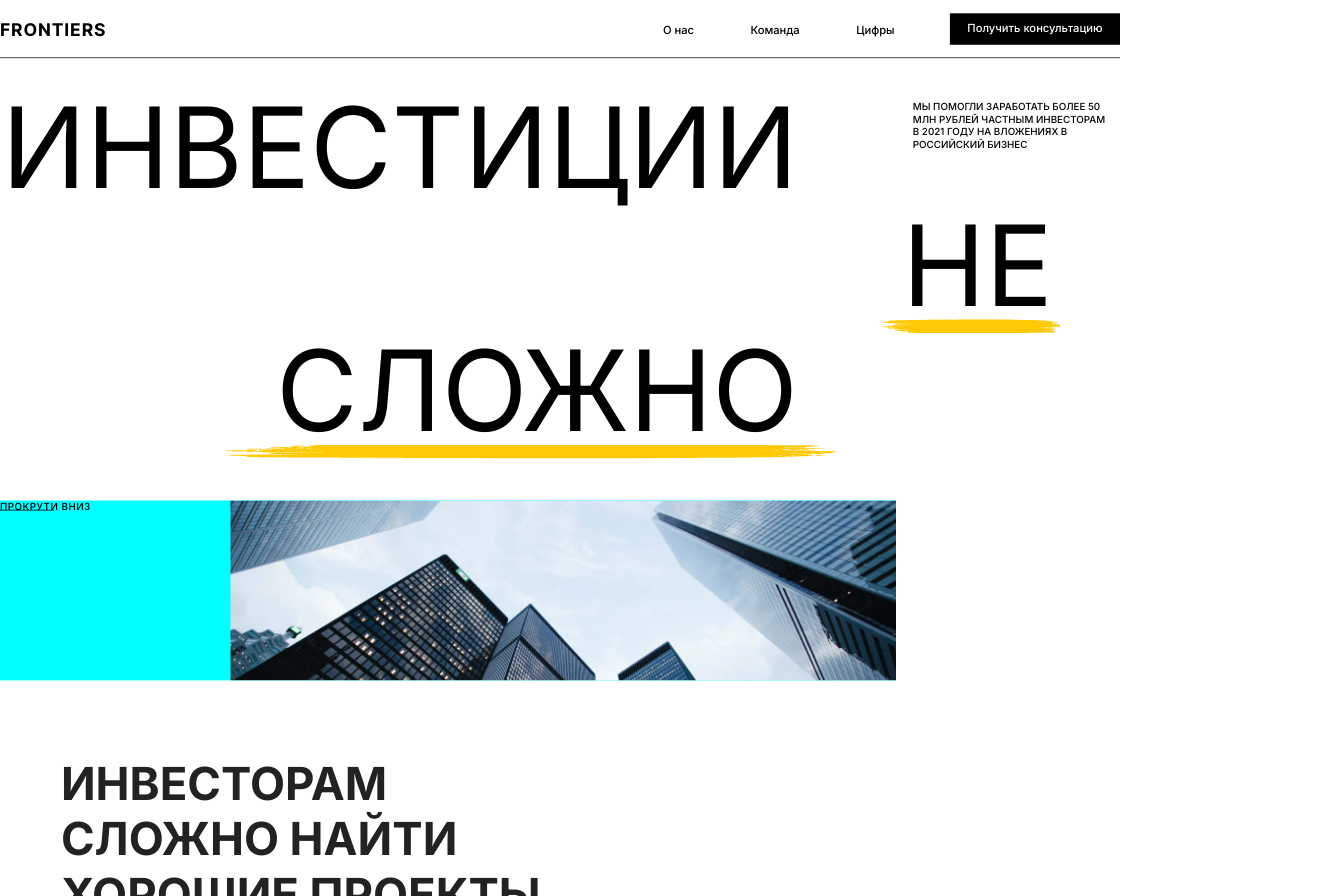
Repository: NadyaKorvin/frontiers
Page: /
These files come from the project's save history. The page is drawn as it stood at one moment and after the next save; the edit follows.
The browser window is 1280 px wide. The page is 1920 px wide, so the pictures cover 1920 px, including what lies to the right of the window. The pictures show the part of the page from y = 0 to 1280 px (the page is 2633 px tall), at 70% of full size.
The project was rebuilt for these pictures with package versions that can differ from the ones it lists, and the page was loaded fresh each time.

Above is the page before, as saved 2022-05-26 18:26:07.

### public/index.html
<!DOCTYPE html>
<html lang="en">
  <head>
    <meta charset="utf-8" />
    <link rel="icon" href="%PUBLIC_URL%/favicon.ico" />
    <meta name="viewport" content="width=device-width, initial-scale=1" />
    <meta name="theme-color" content="#000000" />
    <meta name="description" content="Web site created using create-react-app" />
    <link rel="apple-touch-icon" href="%PUBLIC_URL%/logo192.png" />
    <link rel="manifest" href="%PUBLIC_URL%/manifest.json" />
    <link rel="preconnect" href="https://fonts.googleapis.com" />
    <link rel="preconnect" href="https://fonts.gstatic.com" crossorigin />
    <link href="https://fonts.googleapis.com/css2?family=Inter:wght@300;400;500;700&display=swap" rel="stylesheet" />
    <title>FRONTIERS</title>
  </head>
  <body>
    <noscript>You need to enable JavaScript to run this app.</noscript>
    <div id="root"></div>
  </body>
</html>

### src/index.js
import React from "react"
import ReactDOM from "react-dom/client"

import App from "./App"

const root = ReactDOM.createRoot(document.getElementById("root"))
root.render(
  <React.StrictMode>
    <App />
  </React.StrictMode>
)

### src/App.js
import { useState } from "react";
import "./App.css";
import { SecondScreenAnimation } from "./components/secondScreen/SecondScreenAnimation";
import FirstScreen from "./components/firstScreen/FirstScreen";
import LastScreen from "./components/lastScreen/LastScreen";

function App() {
  const [mousePosition, setMousePosition] = useState("");

  const listenUpperMousePosition = (event) => {
    console.log(event);
    console.log(event.target);
    setMousePosition(event.target);
  };

  return (
    <>
      <FirstScreen />
      <div className="App">
        <SecondScreenAnimation listenMousePosition={listenUpperMousePosition} />
      </div>
      <LastScreen />
    </>
  );
}
export default App;

### src/App.css
@import url("./reset.css");
@import url("./components/secondScreen/SecondScreen.css");
@import url("./font/font.css");
@import url("./components/firstScreen/FirstScreen.css");
@import url("./components/lastScreen/LastScreen.css");
@import url("./components/button/Button.css");
@import url("./components/form/Form.css");

body {
  font-family: "Inter";
}

### src/components/secondScreen/SecondScreenAnimation.js
export function SecondScreenAnimation({ listenMousePosition, mousePosition }) {
  let goUp = ""
  const goUpBlackLines = (mousePosition) => {
    if (mousePosition === "animation__text_first_part") {
      goUp = "up"
      return goUp
    }
  }
  goUpBlackLines(mousePosition)
  console.log(goUp)
  return (
    <div className="animation__text_block">
      {goUp != "up" ? (
        <div>
          <div className="animation__text" onMouseOver={listenMousePosition}>
            <p className="animation__text_first_part">Инвесторам сложно найти хорошие проекты,</p>
            <p className="animation__text_second_part">а хорошим проектам — инвестиции.</p>
          </div>
          <div className="animation__black_lines">
            <div className="animation__1th_black_line"></div>
            <div className="animation__2th_black_line"></div>
            <div className="animation__3th_black_line"></div>
          </div>
        </div>
      ) : (
        <div>
          <div className="animation__text" onMouseOver={listenMousePosition}>
            <p className="animation__text_first_part" style={{ color: "#fff" }}>
              Инвесторам сложно найти хорошие проекты,
            </p>
            <p className="animation__text_second_part" style={{ color: "#000" }}>
              а хорошим проектам — инвестиции.
            </p>
          </div>
          <div className="animation__black_lines">
            <div className="animation__1th_black_line" style={{ width: "484px", marginTop: "-475px" }}></div>
            <div className="animation__2th_black_line" style={{ width: "586px" }}></div>
            <div className="animation__3th_black_line" style={{ width: "722px" }}></div>
          </div>
        </div>
      )}
    </div>
  )
}

### src/components/firstScreen/FirstScreen.js
import React from "react";
import image from "./image.webp";

export default function firstScreen() {
  const pointer = (
    <svg
      width="8"
      height="101"
      viewBox="0 0 8 101"
      fill="none"
      xmlns="http://www.w3.org/2000/svg"
    >
      <path
        d="M4.35355 100.356C4.15829 100.551 3.84171 100.551 3.64645 100.356L0.464466 97.1735C0.269204 96.9783 0.269204 96.6617 0.464466 96.4664C0.659728 96.2712 0.976311 96.2712 1.17157 96.4664L4 99.2948L6.82843 96.4664C7.02369 96.2712 7.34027 96.2712 7.53553 96.4664C7.7308 96.6617 7.7308 96.9783 7.53553 97.1735L4.35355 100.356ZM3.5 100.002L3.5 0.00195312H4.5L4.5 100.002H3.5Z"
        fill="black"
      />
    </svg>
  );

  return (
    <>
      <section className="firstscreen">
        <header className="firstscreen__header">
          <div className="firstscreen__logotype">FRONTIERS</div>
          <div className="firstscreen__menu">
            <div className="firstscreen__nav">
              <nav className="firstscreen__nav_team">
                <ul>О нас</ul>
                <ul>Команда</ul>
                <ul>Цифры</ul>
              </nav>
            </div>
            <div className="firstscreen__button">
              <p className="firstscreen__text_btn">Получить консультацию</p>
            </div>
          </div>
        </header>
        <div className="firstscreen__content">
          <div className="firstscreen__content_left_text">
            <p>ИНВЕСТИЦИИ</p>
            <div>
              <p>СЛОЖНО</p>
              <div className="firstscreen__content_vector_complex" />
            </div>
          </div>
          <div className="firstscreen__content_rihgt_text">
            <div className="firstscreen__content_rihgt_text_up">
              <p>
                Мы помогли заработать более 50 млн рублей частным инвесторам в
                2021 году на вложениях в российский бизнес
              </p>
            </div>
            <div className="firstscreen__content_rihgt_text_down">
              <p>НЕ</p>
              <div className="firstscreen__content_vector_not" />
            </div>
          </div>
        </div>
        <div className="firstscreen__content_bottom_content">
          <div className="firstscreen__content_bottom_content_left">
            <div className="firstscreen__content_bottom_content_left_scrolldown">
              <p>ПРОКРУТИ ВНИЗ</p>
            </div>
            <div className="firstscreen__content_pointer">{pointer}</div>
          </div>
          <div className="firstscreen__content_bottom_content_right">
            <img src={image} alt="" className="firstscreen__img" />
          </div>
        </div>
      </section>
    </>
  );
}

### src/components/lastScreen/LastScreen.js
import React from "react";
import Form from "../form/Form"
import LogoKojo from "./LogoKojo"

export default function LastScreen() {
  return (
    <>
      <section className="lastscreen">
        <div className="lastscreen__wrapper">
          <div className="lastscreen__left_content">
            <p>
              ОТПРАВЬТЕ НАМ ЗАЯВКУ НА КОНСУЛЬТАЦИЮ И МЫ ПОДБЕРЕМ ДЛЯ ВАС
              НАИБОЛЕЕ ПОДХОДЯЩУЮ СТРАТЕГИЮ
            </p>
          </div>
          <div className="lastscreen__right_content">
            <div className="lastscreen__text_form">
              <p>ЗАПОЛНИТЕ ФОРМУ И МЫ С ВАМИ СВЯЖЕМСЯ В БЛИЖАЙШЕЕ ВРЕМЯ</p>
            </div>
            <Form />
          </div>
        </div>
        <footer className="lastscreen__footer">
          <div className="lastscreen__contact">
            <p>КОНТАКТЫ</p>
            <p>Санкт-Петербург, Невский пр-кт, 71 (5 этаж)</p>
            <p>+7 000 987 6543</p>
            <p><a href="mailto:info@frontiers.ru" >info@frontiers.ru</a></p>
          </div>
          <div className="lastscreen__design">
            <p>Дизайн и разработка</p>
            <LogoKojo />
          </div>
          <div className="lastscreen__frontiers">
            <p>FRONTIERS</p>
            <p>Политика конфиденциальности</p>
            <p>© 2022 Frontiers Group</p>
          </div>
        </footer>
      </section>
    </>
  );
}

### src/reset.css
html,
body,
div,
span,
applet,
object,
iframe,
h1,
h2,
h3,
h4,
h5,
h6,
p,
blockquote,
pre,
a,
abbr,
acronym,
address,
big,
cite,
code,
del,
dfn,
em,
img,
ins,
kbd,
q,
s,
samp,
small,
strike,
strong,
sub,
sup,
tt,
var,
b,
u,
i,
center,
dl,
dt,
dd,
ol,
ul,
li,
fieldset,
form,
label,
legend,
table,
caption,
tbody,
tfoot,
thead,
tr,
th,
td,
article,
aside,
canvas,
details,
embed,
figure,
figcaption,
footer,
header,
hgroup,
menu,
nav,
output,
ruby,
section,
summary,
time,
mark,
audio,
video {
  margin: 0;
  padding: 0;
  border: 0;
  font-size: 100%;
  font: inherit;
  vertical-align: baseline;
}

:focus {
  outline: 0;
}

article,
aside,
details,
figcaption,
figure,
footer,
header,
hgroup,
menu,
nav,
section {
  display: block;
}

body {
  line-height: 1;
}

ol,
ul {
  list-style: none;
}

blockquote,
q {
  quotes: none;
}

blockquote:before,
blockquote:after,
q:before,
q:after {
  content: "";
  content: none;
}

table {
  border-collapse: collapse;
  border-spacing: 0;
}

input[type="search"]::-webkit-search-cancel-button,
input[type="search"]::-webkit-search-decoration,
input[type="search"]::-webkit-search-results-button,
input[type="search"]::-webkit-search-results-decoration {
  -webkit-appearance: none;
  -moz-appearance: none;
}

input[type="search"] {
  -webkit-appearance: none;
  -moz-appearance: none;
  -webkit-box-sizing: content-box;
  -moz-box-sizing: content-box;
  box-sizing: content-box;
}

textarea {
  overflow: auto;
  vertical-align: top;
  resize: vertical;
}

[hidden] {
  display: none;
}

html {
  font-size: 100%; /* 1 */
  -webkit-text-size-adjust: 100%; /* 2 */
  -ms-text-size-adjust: 100%; /* 2 */
}

a:focus {
  outline: thin dotted;
}

a:active,
a:hover {
  outline: 0;
}

img {
  border: 0;
  -ms-interpolation-mode: bicubic;
}

figure {
  margin: 0;
}

form {
  margin: 0;
}

fieldset {
  border: 1px solid #c0c0c0;
  margin: 0 2px;
  padding: 0.35em 0.625em 0.75em;
}

legend {
  border: 0; /* 1 */
  padding: 0;
  white-space: normal; /* 2 */
  *margin-left: -7px; /* 3 */
}

button,
input,
select,
textarea {
  font-size: 100%; /* 1 */
  margin: 0; /* 2 */
  vertical-align: baseline; /* 3 */
  *vertical-align: middle; /* 3 */
}

button,
input {
  line-height: normal;
}

button,
select {
  text-transform: none;
}

button,
html input[type="button"], /* 1 */
input[type="reset"],
input[type="submit"] {
  -webkit-appearance: button; /* 2 */
  cursor: pointer; /* 3 */
  *overflow: visible; /* 4 */
}

button[disabled],
html input[disabled] {
  cursor: default;
}

input[type="checkbox"],
input[type="radio"] {
  box-sizing: border-box; /* 1 */
  padding: 0; /* 2 */
  *height: 13px; /* 3 */
  *width: 13px; /* 3 */
}

input[type="search"] {
  -webkit-appearance: textfield; /* 1 */
  -moz-box-sizing: content-box;
  -webkit-box-sizing: content-box; /* 2 */
  box-sizing: content-box;
}

input[type="search"]::-webkit-search-cancel-button,
input[type="search"]::-webkit-search-decoration {
  -webkit-appearance: none;
}

button::-moz-focus-inner,
input::-moz-focus-inner {
  border: 0;
  padding: 0;
}

textarea {
  overflow: auto; /* 1 */
  vertical-align: top; /* 2 */
}

table {
  border-collapse: collapse;
  border-spacing: 0;
}

html,
button,
input,
select,
textarea {
  color: #222;
}

::-moz-selection {
  background: #b3d4fc;
  text-shadow: none;
}

::selection {
  background: #b3d4fc;
  text-shadow: none;
}

img {
  vertical-align: middle;
}

fieldset {
  border: 0;
  margin: 0;
  padding: 0;
}

textarea {
  resize: vertical;
}

.chromeframe {
  margin: 0.2em 0;
  background: #ccc;
  color: #000;
  padding: 0.2em 0;
}

### src/components/secondScreen/SecondScreen.css
.second__screen {
  display: flex;
  justify-content: space-between;
  margin: 0 auto;
  margin-top: 174px;
  /* придкмать решение сделать по центру*/
  display: flex;
  width: 1600px;
  height: 733px;
}

.animation__text_block {
  display: block;
  margin-left: 87px;
}

.animation__text_first_part,
.animation__text_second_part {
  width: 770px;
  text-transform: uppercase;
  font-size: 65px;
  font-weight: 700;
  line-height: 79px;
  transition: 0.6s ease-out;
}

.animation__text_second_part {
  color: #fff;
}

.animation__black_lines {
  margin-left: -10px;
  margin-top: -236px;
}

.animation__1th_black_line {
  margin-bottom: 5px;
  height: 75px;
  width: 444px;
  background-color: #000;
  transition: 0.6s ease-out;
}

.animation__2th_black_line {
  margin-bottom: 5px;
  height: 75px;
  width: 475px;
  background-color: #000;
  transition: 0.6s ease-out;
}
.animation__3th_black_line {
  height: 75px;
  width: 502px;
  background-color: #000;
  transition: 0.6s ease-out;
}

.right__part {
  display: flex;
  margin-left: 190px;
  flex-direction: column;
}

.conversation__image {
  margin-right: 222px;
  display: block;
  width: 400px;
  height: 400px;
  background: url("../secondScreen/people.png");
}

.decoration_marks {
  margin-top: -110px;
  transform: rotate(-180deg);
  font-size: 200px;
  font-weight: 300;
}

.text_paragraph {
  margin-left: 90px;
  width: 431px;
  font-size: 18px;
  font-weight: 400;
  line-height: 23px;
  text-transform: uppercase;
  line-height: 130%;
}

### src/font/font.css
@font-face {
  font-family: "Inter";
  src:
    url("./Inter-Bold.ttf") format("truetype")
    url("./Inter-Bold.woff2") format("woff2"),
    url("./Inter-Bold.woff") format("woff");
  font-weight: 700;
  font-style: normal;
  font-stretch: normal;
  unicode-range: U+0020-E0D0;
}

@font-face {
  font-family: "Inter";
  src:
    url("./Inter-Regular.woff2") format("woff2"),
    url("./Inter-Regular.ttf") format("truetype")
    url("./Inter-Regular.woff") format("woff");
  font-weight: 400;
  font-style: normal;
  font-stretch: normal;
  unicode-range: U+0020-E0D0;
}

@font-face {
    font-family:'Inter Medium';
    src:
        url("./Inter-Medium.ttf") format("truetype")
        url('Inter-Medium.woff2') format('woff2'),
		url('Inter-Medium.woff') format('woff');
    font-weight: 500;
    font-style: normal;
    font-stretch: normal;
    unicode-range: U+0020-E0D0;
}

@font-face {
    font-family:'Inter Light';
    src:
        url("./Inter-Light.ttf") format("truetype")
        url('Inter-Light.woff2') format('woff2'),
		url('Inter-Light.woff') format('woff');
    font-weight: 300;
    font-style: normal;
    font-stretch: normal;
    unicode-range: U+0020-E0D0;
}

### src/components/firstScreen/FirstScreen.css
.firstscreen {
  height: 1080px;
}

.firstscreen__header {
  width: 1600px;
  height: 82px;
  margin: 0 auto;
  border-bottom: 1px solid #000000;
  display: flex;
  justify-content: space-between;
}

.firstscreen__logotype {
  width: 151px;
  height: 30px;
  padding-top: 27px;
  font-family: "Inter";
  font-style: normal;
  font-weight: 700;
  font-size: 25px;
  line-height: 30px;
  letter-spacing: 0.05em;
  color: #000000;
}

.firstscreen__menu {
  width: 653px;
  display: flex;
  justify-content: space-between;
}

.firstscreen__nav {
  margin-top: 33px;
  width: 331px;
}

.firstscreen__nav_team {
  display: flex;
  justify-content: space-between;
  font-family: "Inter";
  font-style: normal;
  font-weight: 500;
  font-size: 16px;
  line-height: 19px;
  color: #000000;
}

.firstscreen__button {
  margin-top: 19px;
  width: 243px;
  height: 45px;
  background: #000000;
}

.firstscreen__text_btn {
  padding-top: 12px;
  padding-bottom: 12px;
  font-family: "Inter";
  font-style: normal;
  font-weight: 500;
  font-size: 16px;
  line-height: 19px;
  text-align: center;
  color: #ffffff;
}

.firstscreen__content {
  margin: 0 auto;
  width: 1600px;
  margin-top: 30px;
  display: flex;
}

.firstscreen__content_left_text {
  width: 1140px;
  height: 542px;
  display: flex;
  flex-direction: column;
  justify-content: space-between;
  text-align: end;
  font-family: "Inter";
  font-style: normal;
  font-weight: 400;
  font-size: 160px;
  line-height: 194px;
  text-transform: uppercase;
  color: #000000;
}

.firstscreen__content_vector_complex {
  margin-top: -20px;
  margin-left: 320px;
  width: 874px;
  height: 20px;
  background: url("./complex.svg");
}

.firstscreen__content_rihgt_text {
  margin-top: 30px;
  margin-left: 164px;
  width: 279px;
  height: 332px;
}

.firstscreen__content_rihgt_text_up {
  font-family: "Inter";
  font-style: normal;
  font-weight: 500;
  font-size: 14px;
  line-height: 130%;
  text-transform: uppercase;
  color: #000000;
}

.firstscreen__content_rihgt_text_down {
  margin-top: 66px;
  margin-left: -15px;
  width: 215px;
  height: 194px;
  font-family: "Inter";
  font-style: normal;
  font-weight: 400;
  font-size: 160px;
  line-height: 194px;
  text-transform: uppercase;
  color: #000000;
}

.firstscreen__content_vector_not {
  margin-top: -20px;
  margin-left: -30px;
  width: 256px;
  height: 20px;
  background: url(./not.svg);
}

.firstscreen__content_bottom_content {
  margin: 0 auto;
  margin-top: 60px;
  max-width: 1920px;
  display: flex;
  justify-content: space-between;
  background-color: aqua;
}

.firstscreen__content_bottom_content_left {
  width: 468px;
  display: flex;
  /* transform: rotate(-90deg); */
}

.firstscreen__content_bottom_content_left_scrolldown {
  font-family: "Inter";
  font-style: normal;
  font-weight: 500;
  font-size: 14px;
  line-height: 17px;
  letter-spacing: 0.05em;
  color: #000000;
}

.firstscreen__content_pointer {
  margin-top: -230px;
  margin-left: -300px;
  transform: rotate(90deg);
}

.firstscreen__content_bottom_content_right {
  min-width: 300px;
  overflow: hidden;
}

.firstscreen__img {
  max-width: 100%;
}

### src/components/lastScreen/LastScreen.css
.lastscreen {
  width: 1920px;
  height: 1080px;
}

.lastscreen__wrapper {
  position: relative;
  top: 109px;
  left: 170px;
  display: flex;
  justify-content: space-between;
  width: 1590px;
  height: 553px;
}

.lastscreen__left_content {
  position: relative;
  width: 775px;
  height: 553px;
  box-sizing: border-box;
  font-family: "Inter";
  font-style: normal;
  font-weight: 700;
  font-size: 65px;
  line-height: 79px;
  text-transform: uppercase;
  color: #000000;
}

.lastscreen__right_content {
  position: relative;
  width: 529px;
  height: 553px;
}

.lastscreen__text_form {
  width: 529px;
  height: 46px;
  left: 1231px;
  top: 4438px;
  font-family: "Inter";
  font-style: normal;
  font-weight: 400;
  font-size: 18px;
  line-height: 130%;
  text-transform: uppercase;
  color: #000000;
}

.lastscreen__footer {
  position: relative;
  margin: 308px 160px 0;
  width: 1600px;
  border-top: 1px solid #000000;
  bottom: 0px;
  display: flex;
  justify-content: space-between;
}

.lastscreen__contact {
  width: 357px;
}

.lastscreen__contact > p:nth-child(1) {
  padding: 33px 0 20px;
  font-family: "Inter";
  font-style: normal;
  font-weight: 700;
  font-size: 25px;
  line-height: 30px;
  color: #000000;
}

.contact > p:nth-child(2),
.contact > p:nth-child(3),
.contact > p:nth-child(4) {
  padding-bottom: 15px;
}

.design {
  padding-top: 150px;
  width: 260px;
  display: flex;
  margin-left: -80px;
  justify-content: space-between;
}

.frontiers {
  width: 250px;
  text-align: end;
}

.lastscreen__frontiers > p:nth-child(1) {
    padding: 30px 0 57px;
    font-family: "Inter";
    font-style: normal;
    font-weight: 700;
    font-size: 25px;
    line-height: 30px;
    color: #000000;
  }

.lastscreen__frontiers > p:nth-child(2),
.lastscreen__frontiers > p:nth-child(3) {
    padding-bottom: 15px;
}

a {
    text-decoration: none;
    color: #000000;
}

### src/components/button/Button.css
.form__button {
  position: relative;
  display: block;
  width: 243px;
  height: 55px;
  font-family: "Inter";
  font-size: 16px;
  background-color: #000000;
  border: 0;
  text-align: center;
  cursor: pointer;
  font-family: "Inter";
  font-style: normal;
  font-weight: 500;
  font-size: 16px;
  line-height: 19px;
  color: #ffffff;
}

### src/components/form/Form.css
.form {
  margin-top: 60px;
  width: 529px;
  height: 355px;
  border-top: 1px solid #d1d1d1;
}

.form__input,
.form__textarea {
  width: 529px;
  height: 80px;
  border: 0;
  outline: none;
  font-size: 18px;
  color: #000000;
  text-transform: uppercase;
}

.form__textarea {
  height: 80px;
  line-height: 80px;
  overflow: hidden;
  /* resize: none; */
}

.form__borders {
  border-bottom: 1px solid #d1d1d1;
}

.form__consent {
  display: -webkit-box;
  display: -ms-flexbox;
  display: flex;
  margin: 30px 0 0;
}

.form__policy_text {
  margin-top: 15px;
  margin-left: 15px;
  width: 250px;
  height: 40px;
  box-sizing: border-box;
  font-family: "Inter";
  font-style: normal;
  font-weight: 400;
  font-size: 13px;
  line-height: 150%;
  color: #787878;
}

.form__checkbox {
  opacity: 0;
  width: 0;
}

.form__checkfake {
  margin: 15px 0;
  display: block;
  width: 15px;
  height: 15px;
  border: 1px solid #1f1f1f;
  cursor: pointer;
}

.form__checkfake::before {
  content: "";
  position: absolute;
  display: block;
  width: 14px;
  height: 14px;
  background: url("./checkmark.svg");
  opacity: 0;
}

.form__checkbox:checked + .form__checkfake::before {
  opacity: 1;
}

.form__focus {
  text-transform: uppercase;
  color: #ff0000;
  margin-bottom: 10px;
  font-size: 13px;
}

.form__focus_consent {
  position: relative;
  top: 10px;
  text-transform: uppercase;
  color: #ff0000;
  font-size: 13px;
}

.form__btn {
    margin-top: 14px;
  position: relative;
  overflow: hidden;
}

### src/components/button/Button.js
import React from "react";

export default function Button({ title }) {
  return (
    <>
      <button className="form__button" >
        {title}
      </button>
    </>
  );
}

Loaded but not shown: src/components/lastScreen/LogoKojo.js (76 lines, source omitted); src/components/form/Form.js (142 lines, source omitted)

After the next save:
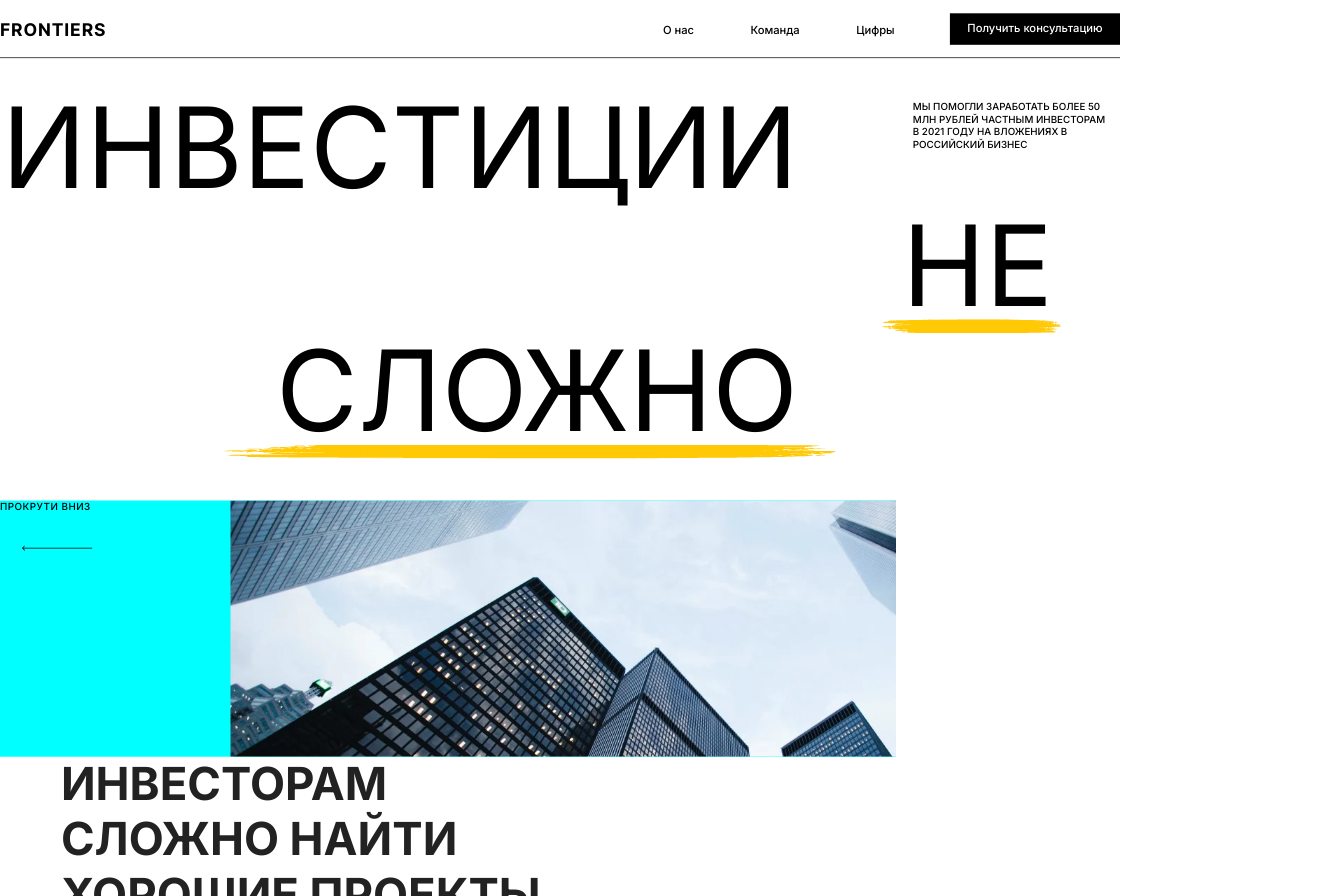
Saved 56 s later.
--- a/src/components/firstScreen/FirstScreen.css
+++ b/src/components/firstScreen/FirstScreen.css
@@ -172,5 +172,5 @@
 }
 
 .firstscreen__img {
-  max-width: 100%;
+  /* max-width: 100%; */
 }
